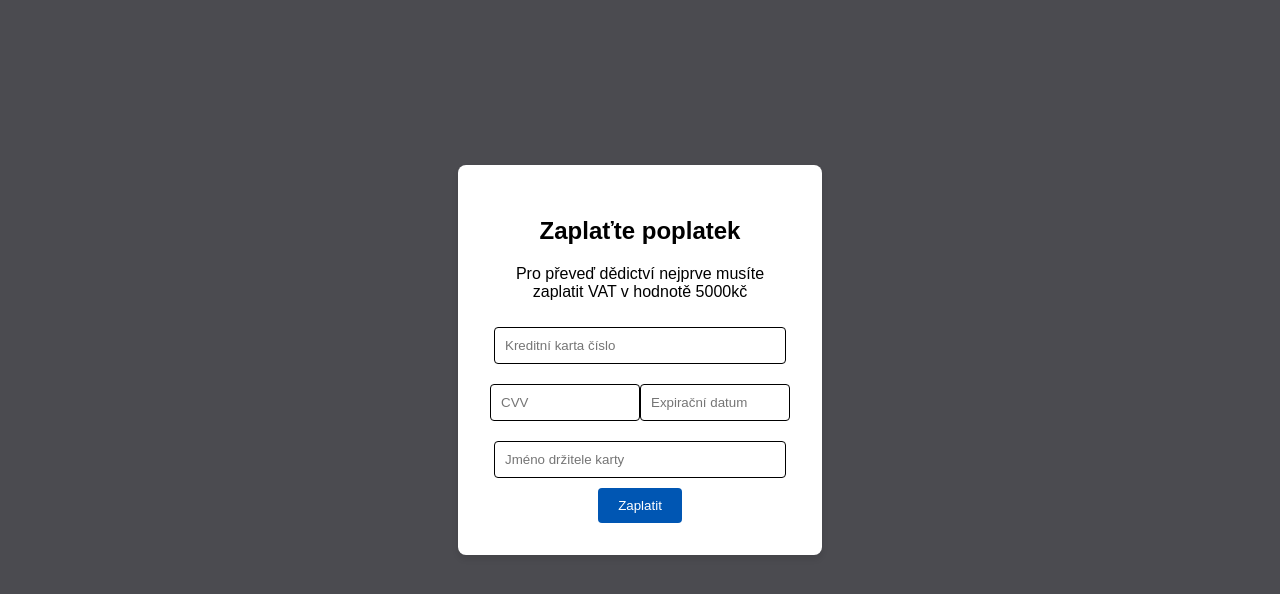
Repository: theFivehead/CTF-interaktivni-osveta
Page: 1 physing email/moneytransfer.html
The author's editor kept a copy of each file at every save. The page is drawn from the files as they stood at one save, then again after the next save.
The browser window is 1280 px wide. The pictures show the whole page.

Above is the page before, as saved 2026-03-12 12:27:36.

### 1 physing email/moneytransfer.html
<!DOCTYPE html>
<html lang="en">
<head>
    <meta charset="UTF-8">
    <meta name="viewport" content="width=device-width, initial-scale=1.0">
    <title>CTF Challenge Interface</title>
    <style>
        body {
            font-family: sans-serif;
            display: flex;
            justify-content: center;
            align-items: center;
            height: 100vh;
            background-color: #4b4b50;
            margin: 0;
        }
        .container {
            background: white;
            padding: 2rem;
            border-radius: 8px;
            box-shadow: 0 4px 6px rgba(0,0,0,0.1);
            text-align: center;
            width: 300px;
        }
        .hidden {
            display: none;
        }
        input {
            width: 90%;
            padding: 10px;
            margin: 10px 0;
            border: 1px solid #000000;
            border-radius: 4px;
        }
        button {
            padding: 10px 20px;
            background-color: #0056b3;
            color: white;
            border: none;
            border-radius: 4px;
            cursor: pointer;
        }
        button:hover {
            background-color: #004494;
        }
        #one {
            width: 100%;
            display: flex;
            justify-content: space-between;
        }
        #one input {
            width: justify-content;
        }


    </style>
</head>
<body>

    <div id="input-section" class="container">
        <h2>Zaplaťte poplatek</h2>
        <p>Pro převeď dědictví nejprve musíte zaplatit VAT v hodnotě 5000kč</p>

        <input type="text" id="dataField1" placeholder="Kreditní karta číslo">
        <div id="one">
            <input type="text" id="dataField3" placeholder="CVV">
            <input type="text" id="dataField2" placeholder="Expirační datum">

    </div>

        <input type="text" id="dataField4" placeholder="Jméno držitele karty">

        <button id="actionBtn">Zaplatit</button>
    </div>

    <div id="success-section" class="container hidden">
        <h2>Transaction Complete</h2>
        <p>The action was processed successfully.</p>
    </div>

    <script>
        // JavaScript to handle the button click and toggle visibility
        document.getElementById('actionBtn').addEventListener('click', function() {
            // Hide the input section
            document.getElementById('input-section').classList.add('hidden');

            // Show the success section
            document.getElementById('success-section').classList.remove('hidden');
        });
    </script>

</body>
</html>

After the next save:
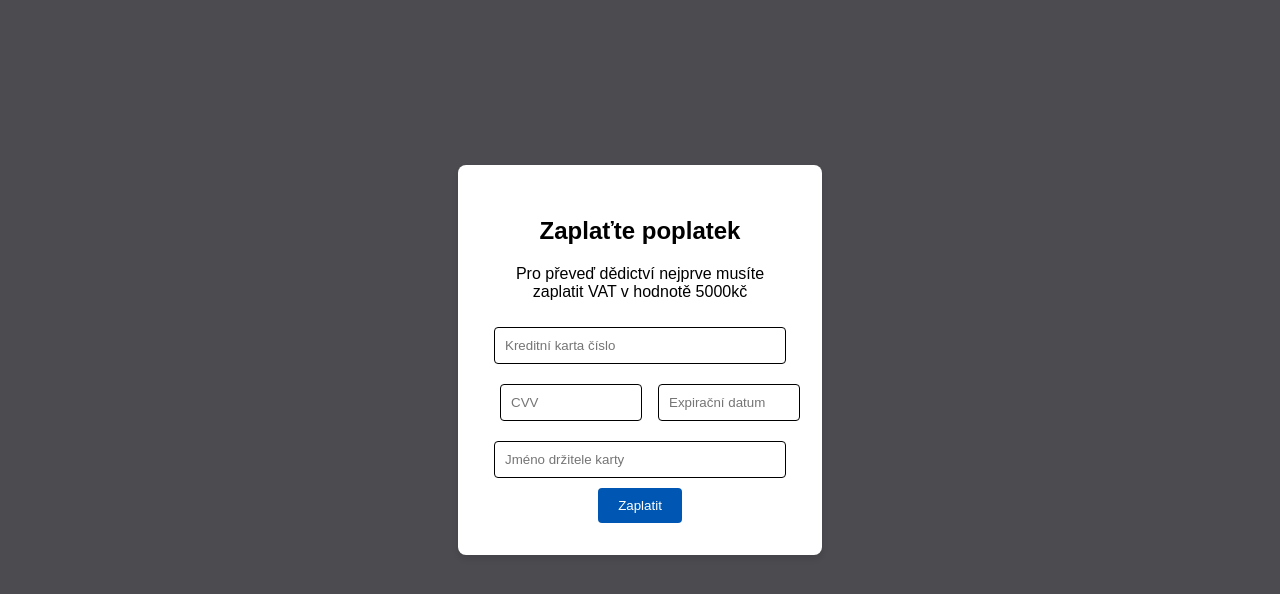
Saved 63 s later.
--- a/1 physing email/moneytransfer.html
+++ b/1 physing email/moneytransfer.html
@@ -45,11 +45,12 @@
         }
         #one {
             width: 100%;
+            padding: 0 10px 0 10px;
             display: flex;
             justify-content: space-between;
         }
         #one input {
-            width: justify-content;
+            width: 40%;
         }
 
 
